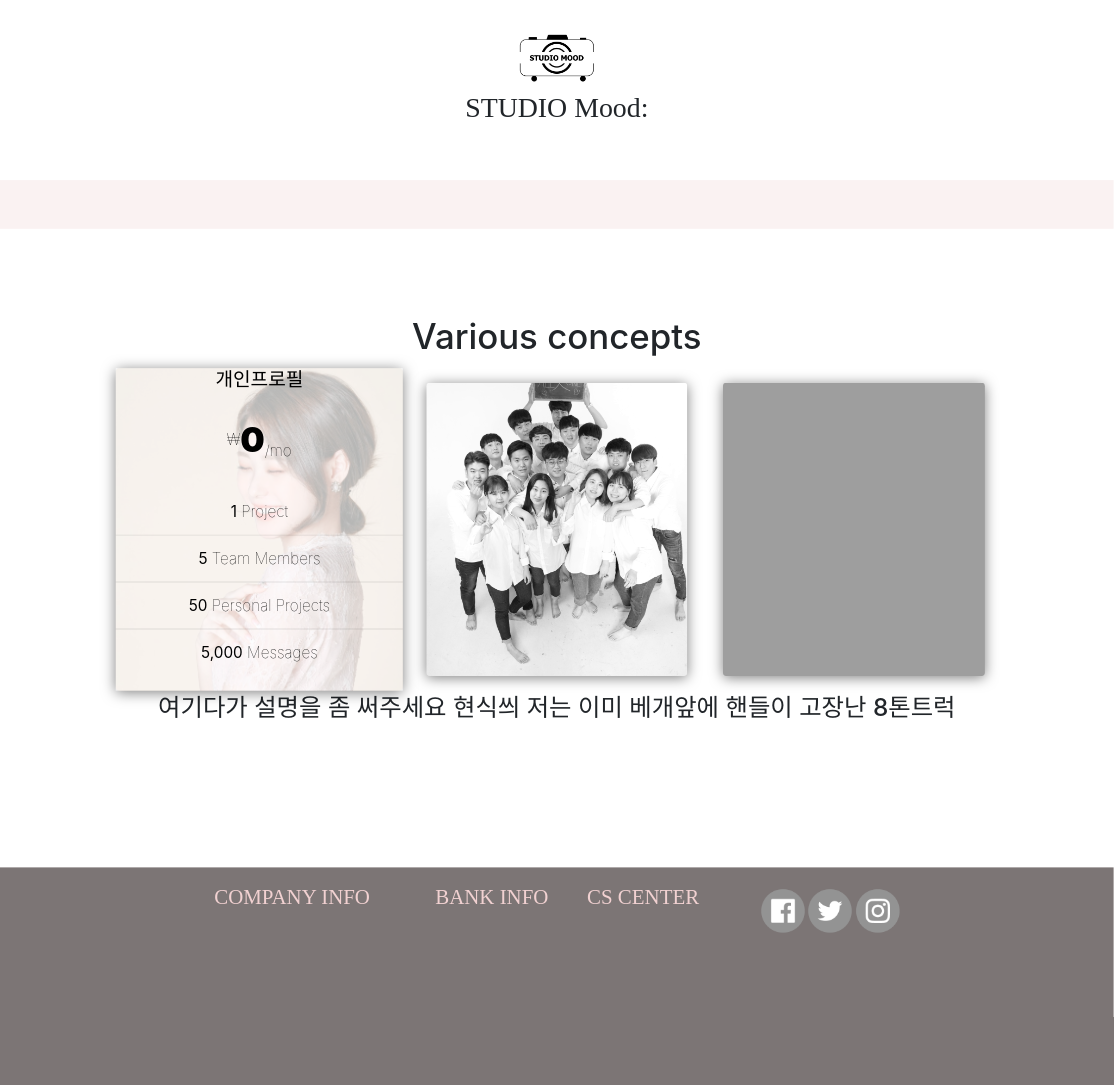
Repository: seugju/HSDsemi
Page: http://localhost/studioMood/views/product/product.jsp
These files come from the project's save history. The page is drawn as it stood at one moment and after the next save; the edit follows.
The browser window is 1280 px wide. The pictures show the whole page, at 87% of full size.
The pointer rests on the first visible `#indiv`.
Pictures or frames that could not be fetched are drawn as grey boxes. Some web fonts or font styles are not loaded; a fallback is used. The page is served by Tomcat 9.

Above is the page before, as saved 2020-12-02 16:18:39.

After the next save:
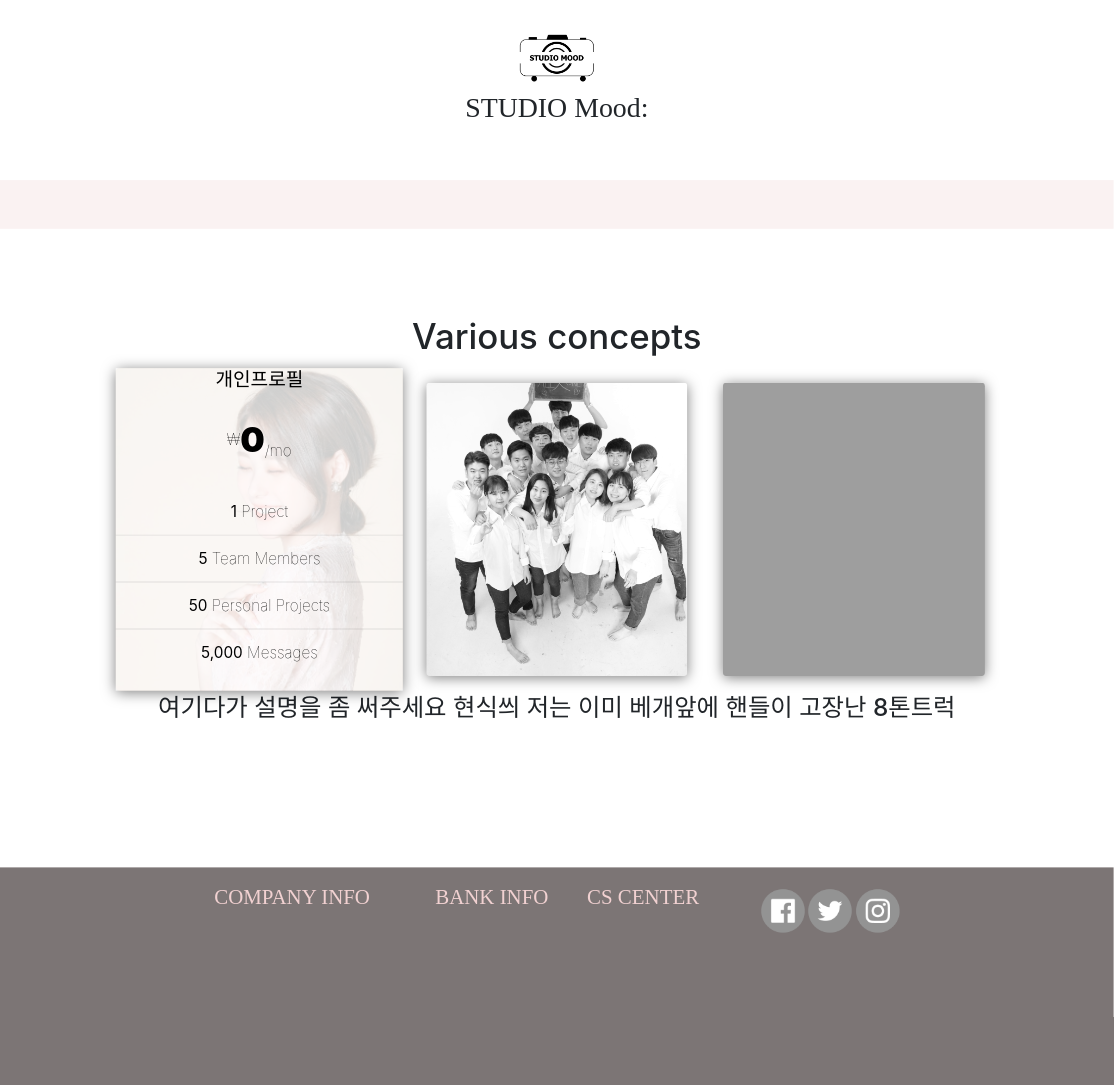
Saved 2 min 16 s later.
--- a/project-workspace/studioMood/WebContent/views/product/product.jsp
+++ b/project-workspace/studioMood/WebContent/views/product/product.jsp
@@ -175,7 +175,7 @@ background-image: url('/img/BODY_PROFILE.png');
 	color: black;
 }
 #indiv:hover .opacity-div{
-	background-color: rgba(255,255,255,0.7);
+	background-color: rgba(255,255,255,0.8);
 }
 #group:hover .opacity-div{
 	background-color: rgba(255,255,255,0.7);
